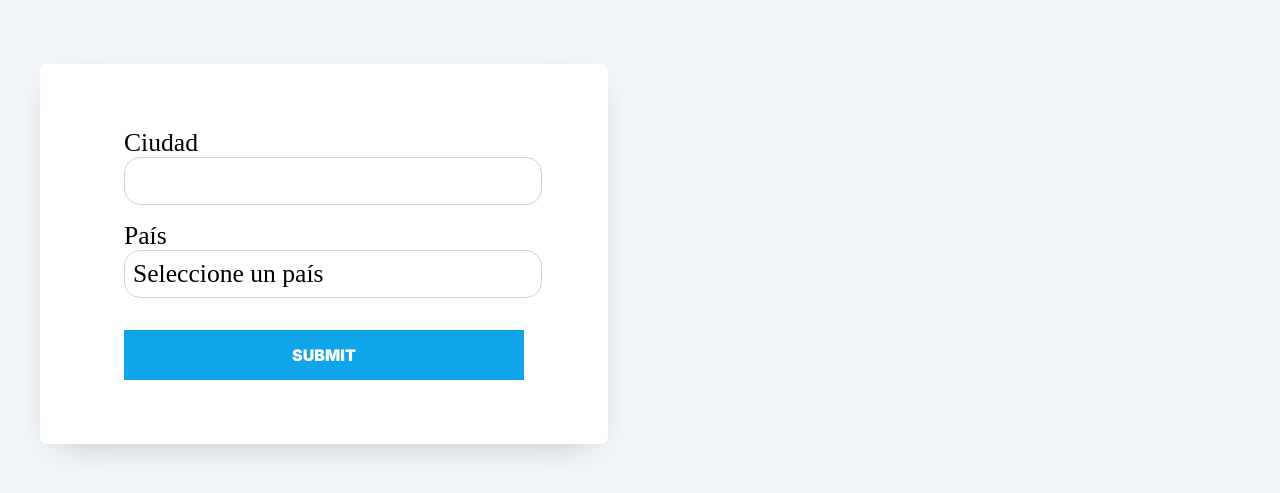
Repository: CarlosCamposRodriguez99/climaApp
Page: /
These files come from the project's save history. The page is drawn as it stood at one moment and after the next save; the edit follows.
The browser window is 1280 px wide. The pictures show the whole page.
Some web fonts or font styles are not loaded; a fallback is used. The project was rebuilt for these pictures with package versions that can differ from the ones it lists, and the page was loaded fresh each time. Also part of the build but not shown: vite.config.js.

Above is the page before, as saved 2022-03-15 19:10:05.

After the next save:
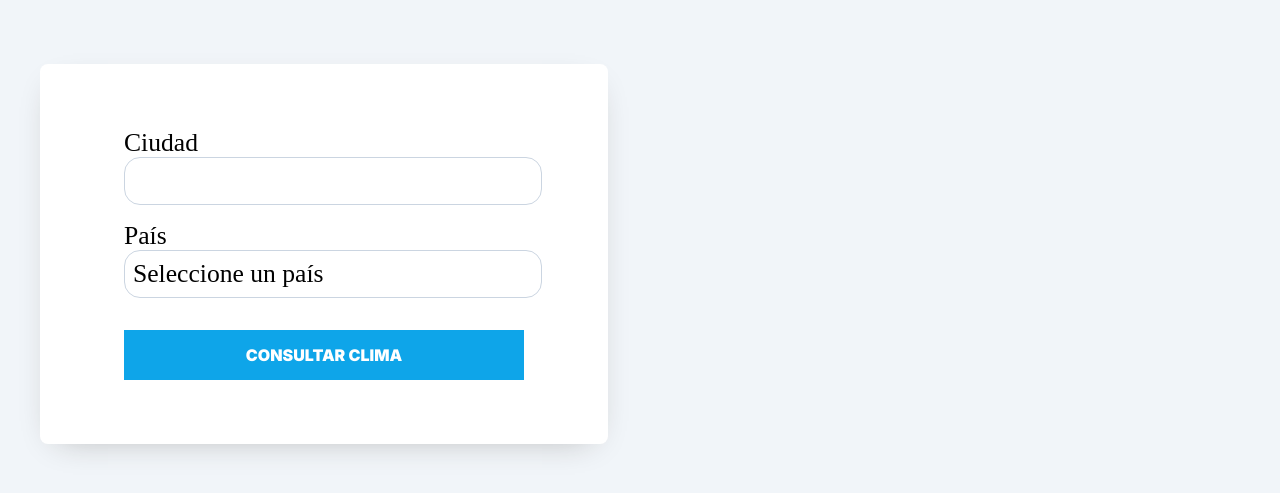
Saved 22 s later.
--- a/src/components/Formulario.jsx
+++ b/src/components/Formulario.jsx
@@ -31,6 +31,7 @@ const Formulario = () => {
 
         <input
           type="submit"
+          value="consultar clima"
         />
       </form>
     </div>
